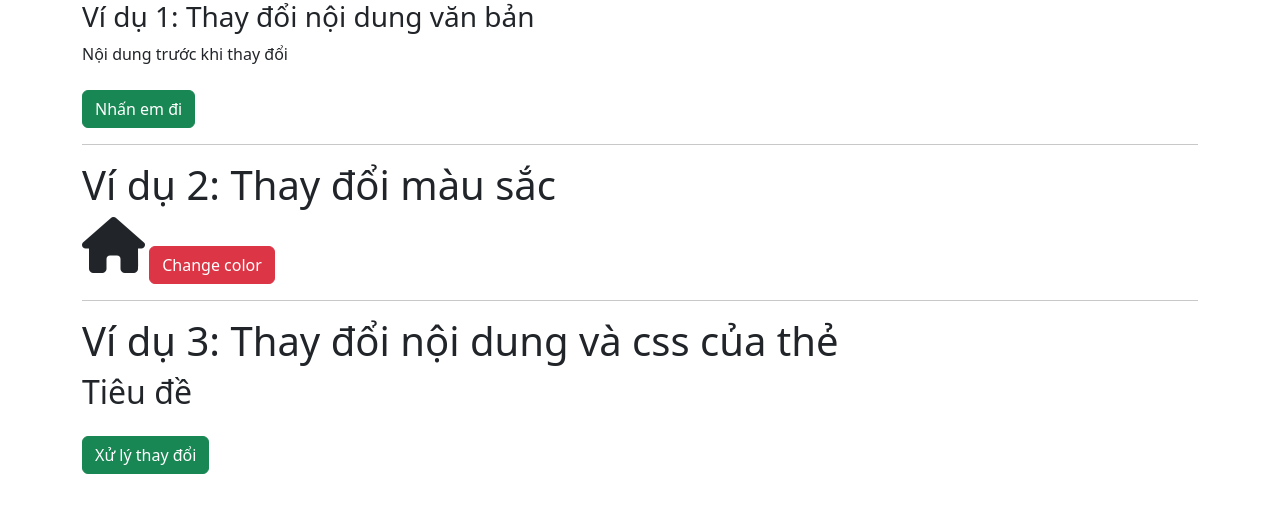
Repository: hcozyph/cyberSoft_JS_fulldocs
Page: JS_2/index.html
These files come from the project's save history. The page is drawn as it stood at one moment and after the next save; the edit follows.
The browser window is 1280 px wide. The pictures show the whole page.
After loading, the first visible `button[onclick="changeContent()"]` was clicked once.

Above is the page before, as saved 2023-01-21 19:15:05.

After the next save:
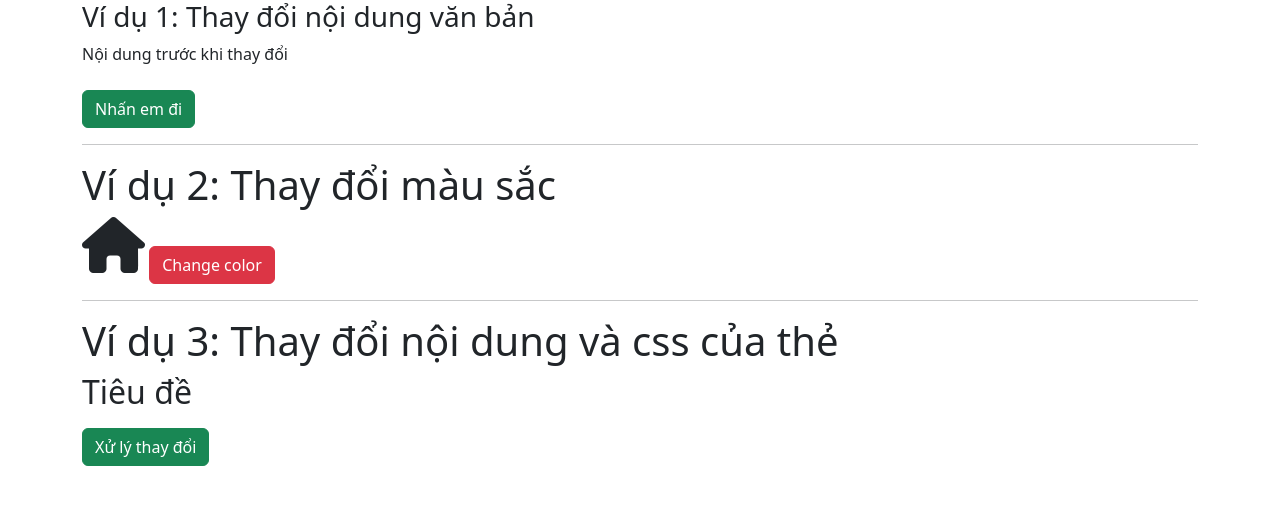
Saved 96 s later.
--- a/JS_2/index.js
+++ b/JS_2/index.js
@@ -26,5 +26,7 @@ Chuyển đổi style trong css và js
 
 function changeContent () {
     var tagNoiDung = document.getElementById('noiDung');
-    tagNoiDung.innerHTML = null;
+
+    //ẩn thẻ p
+    tagNoiDung.style.display = 'none';
 }
